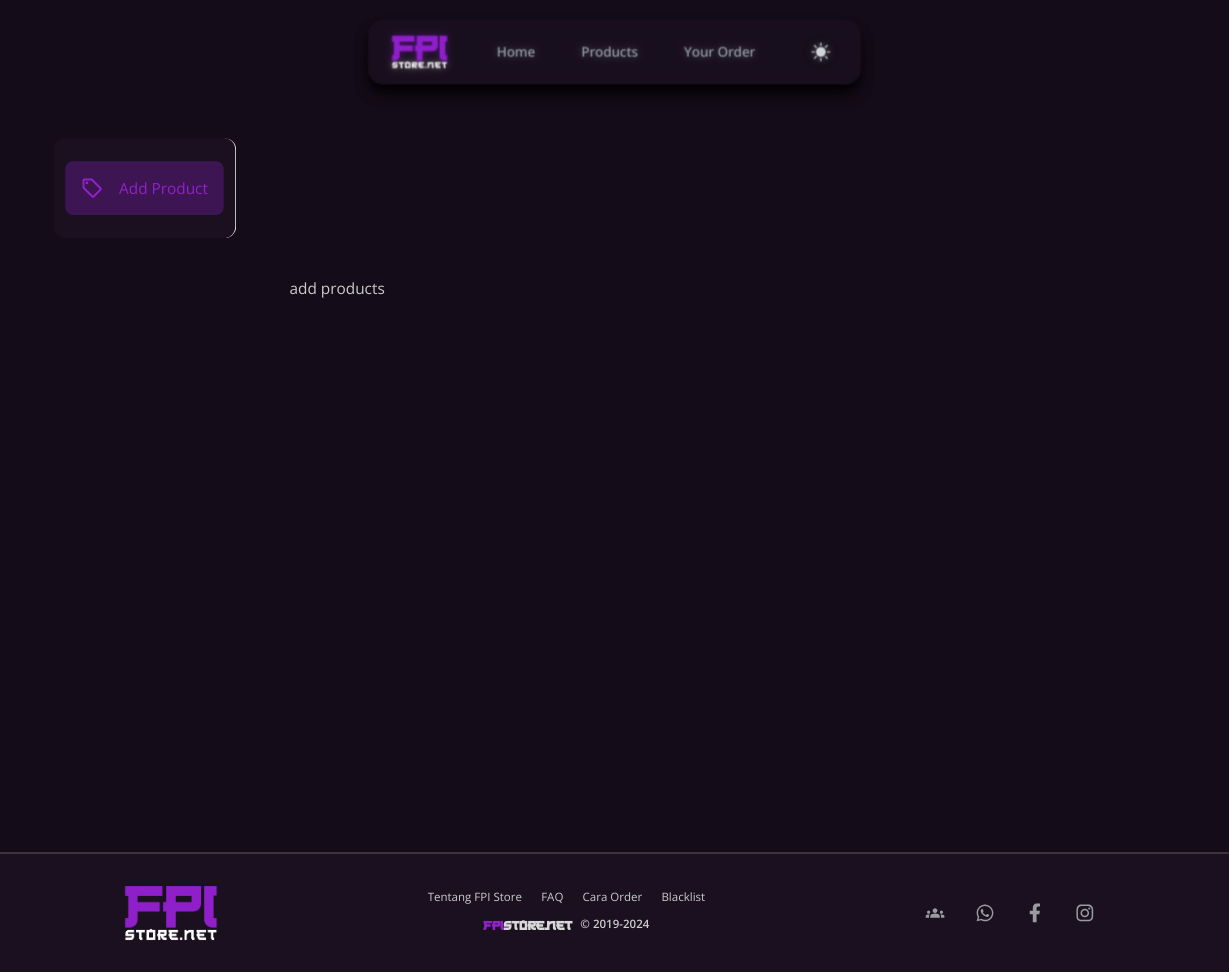
Repository: rezzadtyp/fpistore.net
Page: /dashboard/add-products
These files come from the project's save history. The page is drawn as it stood at one moment and after the next save; the edit follows.
The browser window is 1280 px wide. The pictures show the whole page, at 96% of full size.
The project was rebuilt for these pictures with package versions that can differ from the ones it lists, and the page was loaded fresh each time. The framework's server and built-in components were replaced by stand-ins that run in the browser. Also part of the build but not shown: next.config.mjs, components/shared/Loading.tsx.

Above is the page before, as saved 2024-08-14 16:39:00.

### app/layout.tsx
import type { Metadata } from "next"
import "../styles/globals.css"
// import GoogleAnalytics from "@bradgarropy/next-google-analytics"
// import { Analytics } from "@vercel/analytics/react"
// import { SpeedInsights } from "@vercel/speed-insights/next"
// import FacebookChat from "@/components/FacebookChat"

export const metadata: Metadata = {
    title: {
        template: "%s | FPI Store",
        default: "FPI Store | The Biggest Netflix Seller",
    },
    description: "FPI Store",
    icons: {
        icon: [
            {
                url: "/icons/fpistore.netblack.png",
                media: "(prefers-color-scheme: light)",
            },
            {
                url: "/icons/fpistore.netwhite.png",
                media: "(prefers-color-scheme: dark)",
            },
        ],
    },
    keywords:
        "netflix, premium, 4k, uhd, full garansi, netflix account, netflix premium uhd, netflix murah, netflix shared, netflix private, netflix terpercaya, murah, terpercaya, film terbaru, alamsyah.id, alamsyah, bergaransi",
}

export default function RootLayout({
    children,
}: {
    children: React.ReactNode
}) {
    return (
        <>
            {/* <GoogleAnalytics measurementId='G-Z86GVT7LTC' /> */}
            <html lang='en' className='!scroll-smooth font-roboto'>
                <body className='selection:bg-primary/70 selection:text-dark-800 dark:bg-dark-700 bg-light-100 text-dark-800 dark:text-light-400'>
                    {/* <FacebookChat /> */}
                    {children}
                    {/* <SpeedInsights />
                    <Analytics /> */}
                </body>
            </html>
        </>
    )
}

### app/(root)/layout.tsx
import Footer from "@/components/shared/Footer"
import Loading from "@/components/shared/Loading"
import Navbar from "@/components/shared/Navbar"

import React, { Suspense } from "react"

const Layout = ({ children }: { children: React.ReactNode }) => {
  return (
    <Suspense fallback={<Loading />}>
      <main className='relative font-roboto'>
        <Navbar />
        <div className='flex min-h-screen flex-1 flex-col px-6 pb-6 pt-36 max-md:pb-14 sm:px-14'>
          {children}
        </div>
        <Footer />
        {/* <div className='w-full h-2 fixed bottom-0 bg-green-500 sm:bg-yellow-500 md:bg-orange-500 lg:bg-red-500' /> */}
      </main>
    </Suspense>
  )
}

export default Layout

### app/(root)/dashboard/layout.tsx
import LeftSidebar from "@/components/shared/LeftSidebar"
import Navbar from "@/components/shared/Navbar"
import React from "react"

const Layout = ({ children }: { children: React.ReactNode }) => {
  return (
    <main className='relative '>
      <Navbar />
      <div className='flex'>
        <LeftSidebar />
        <section className='flex min-h-screen flex-1 flex-col px-6 pb-6 pt-36 max-md:pb-14 sm:px-14'>
          <div className='mx-auto w-full max-w-5xl'>{children}</div>
        </section>
      </div>
    </main>
  )
}

export default Layout

### app/(root)/dashboard/add-products/page.tsx
import React from "react"

const page = () => {
  return <div>add products</div>
}

export default page

### styles/globals.css
@import url("https://fonts.googleapis.com/css2?family=Open+Sans:ital,wght@0,300;0,400;0,500;0,600;1,300;1,400;1,500;1,600&family=Sarabun:ital,wght@0,300;0,400;1,300;1,400&display=swap");

@tailwind base;
@tailwind components;
@tailwind utilities;

@font-face {
    font-family: "FPIFont";
    src: url("/fonts/Japanese3017.otf") format("woff2");
}

body {
    font-family: "Open Sans", "sans-serif";
    @apply duration-700;
}
.animate-spin-slow {
    animation: spin 5s linear infinite;
}

@keyframes spin {
    from {
        transform: rotate(0deg);
    }
    to {
        transform: rotate(360deg);
    }
}
@keyframes scrolltop {
    0%,
    100% {
        transform: translateY(-25%);
        animation-timing-function: cubic-bezier(0.8, 0, 1, 1);
    }
    50% {
        transform: none;
        animation-timing-function: cubic-bezier(0, 0, 0.2, 1);
    }
}
.animate-scrolltop {
    animation: scrolltop 2s infinite;
}
/* width */
::-webkit-scrollbar {
    @apply h-1.5 w-0;
}

/* Handle */
::-webkit-scrollbar-thumb {
    @apply bg-gray-600 rounded-full absolute right-0 z-50;
}
/* Handle on hover */
._custom-scrollbar::-webkit-scrollbar-thumb:hover {
    @apply bg-primary;
}
._custom-scrollbar-shopee::-webkit-scrollbar-thumb:hover {
    @apply bg-shopee;
}
._custom-scrollbar::-webkit-scrollbar {
    @apply w-2 h-0 bg-transparent;
}
._custom-scrollbar-shopee::-webkit-scrollbar {
    @apply w-2 h-0 bg-transparent;
}
._product-scrollbar::-webkit-scrollbar {
    @apply w-0 h-2;
}
.__stroke {
    color: transparent;
    -webkit-text-stroke: 1px #9121ca;
    text-stroke: 1px #9121ca;
}

@keyframes rightleft {
    0%,
    100% {
        transform: translateX(50%);
        animation-timing-function: cubic-bezier(0.8, 0, 1, 1);
    }
    50% {
        transform: none;
        animation-timing-function: cubic-bezier(0, 0, 0.2, 1);
    }
}
.animate-rightleft {
    animation: rightleft 1.5s infinite;
}

.backdrop-brightness-10 {
    --tw-backdrop-brightness: brightness(0.1);
    backdrop-filter: var(--tw-backdrop-blur) var(--tw-backdrop-brightness)
        var(--tw-backdrop-contrast) var(--tw-backdrop-grayscale)
        var(--tw-backdrop-hue-rotate) var(--tw-backdrop-invert)
        var(--tw-backdrop-opacity) var(--tw-backdrop-saturate)
        var(--tw-backdrop-sepia);
}

### components/shared/Footer.tsx
import { contactsButton, menuFooter } from "@/constant"
import Image from "next/image"
import Link from "next/link"
import React from "react"

const Footer = () => {
    return (
        <footer className='flex justify-center items-center w-full px-10 lg:px-32 border-t-[1px] border-black/30 dark:border-white/30 bg-gray-100 dark:bg-dark-600 drop-shadow-md'>
            <div className='flex w-full justify-between items-center flex-col md:flex-row lg:flex-row gap-2 py-3'>
                <div className='flex flex-col lg:flex-row w-full h-full items-center justify-center lg:justify-between '>
                    <Link
                        href='/'
                        className='flex items-center h-full justify-start'
                    >
                        <Image
                            width={100}
                            height={100}
                            src='/icons/fpistore.netwhite.png'
                            alt='Footer Picture'
                            className='hidden dark:block duration-700 h-full'
                        />
                        <Image
                            width={100}
                            height={100}
                            src='/icons/fpistore.netblack.png'
                            alt='Footer Picture'
                            className='dark:hidden duration-700 h-full'
                        />
                    </Link>
                    <div className='gap-3 flex flex-col justify-center items-center text-center h-full'>
                        <div className='flex gap-5 justify-start'>
                            {menuFooter.map((cont) => (
                                <Link
                                    href={"#in-maintenance"}
                                    className='text-xs'
                                    key={cont.url}
                                    target='_blank'
                                >
                                    {cont.title}
                                </Link>
                            ))}
                        </div>
                        <p className='text-xs flex font-bold'>
                            <div className='flex font-fpifont items-end text-primary text-sm h-full mr-2'>
                                fpi{" "}
                                <span className='font-fpifont text-dark-500 dark:text-light-300'>
                                    store.net
                                </span>
                            </div>
                            &copy; 2019-2024
                        </p>
                    </div>
                    <div className='flex flex-col '>
                        <div className='flex gap-2 justify-end'>
                            {contactsButton.map((cont) => (
                                <Link
                                    href={cont.url}
                                    className='p-3 opacity-70 hover:bg-primary/20 dark:hover:bg-primary/20 rounded-md group'
                                    key={cont.url}
                                    target='_blank'
                                >
                                    {cont.icon}
                                </Link>
                            ))}
                        </div>
                    </div>
                </div>
            </div>
        </footer>
    )
}

export default Footer

### components/shared/LeftSidebar.tsx
"use client"

import Link from "next/link"
import { Button } from "@/components/ui/button"
import { BsPersonPlus, BsPerson } from "react-icons/bs"
import { MdOutlineSell } from "react-icons/md"

const LeftSidebar = () => {
  return (
    <section className='custom-scrollbar py-6 bg-light-200 dark:bg-dark-600 light-border rounded-xl sticky h-fit left-0 top-0 flex w-fit flex-col justify-between  overflow-y-auto border-r p-3 shadow-black/20 shadow-xl dark:shadow-none max-sm:hidden lg:w-fit'>
      <div className='flex flex-1 flex-col gap-6 '>
        {/* masih static */}
        <button
          onClick={() => (window.location.href = "/dashboard/add-product")}
          className='dark:text-light-900 rounded-lg bg-primary/30 text-primary text-light-900 flex items-center justify-start gap-4 p-4'
        >
          <MdOutlineSell className='text-2xl' />
          <p className={`base-medium max-lg:hidden`}>Add Product</p>
        </button>
      </div>
    </section>
  )
}

export default LeftSidebar

### components/shared/MobileNav.tsx
import { SheetClose } from "@/components/ui/sheet"
import { contactsButton, navButtons } from "@/constant"
import Link from "next/link"
import { usePathname } from "next/navigation"
import { AiOutlineMenu } from "react-icons/ai"
import { Roboto } from "next/font/google"
import { Drawer, DrawerContent, DrawerTrigger } from "@/components/ui/drawer"

const roboto = Roboto({
    weight: ["900"],
    style: ["normal"],
    subsets: ["latin"],
})

const MobileNav = () => {
    const path = usePathname()
    return (
        <Drawer>
            <DrawerTrigger className='hidden max-md:flex dark:hover:bg-white/10 hover:bg-black/5 rounded-full p-2'>
                <AiOutlineMenu className='duration-500 text-dark-800 dark:text-gray-300' />
            </DrawerTrigger>
            <DrawerContent className='bg-gray-200 dark:bg-dark-600 border-none px-5 pb-5 gap-10'>
                <div className='gap-5 flex flex-col justify-start items-start'>
                    {navButtons.map((nav, i) => (
                        <Link
                            href={nav.url}
                            key={i}
                            className={`dark:text-gray-400 flex-col-reverse py-[3px] px-[10px] rounded-full md:text-sm font-medium group duration-200 w-fit ${
                                path === nav.url
                                    ? "font-black transition-transform duration-700 "
                                    : ""
                            }${
                                path === nav.url
                                    ? " dark:text-primary text-primary bg-primary/20"
                                    : " hover:dark:text-primary hover:text-primary hover:bg-primary/20"
                            }`}
                        >
                            {nav.title}
                        </Link>
                    ))}
                </div>
                <div className='flex flex-col justify-end items-end'>
                    <p className='font-mono text-xs tracking-widest'>
                        Indonesian Biggest Netflix Seller
                    </p>
                    <span className='font-fpifont __stroke text-6xl'>
                        FPISTORE
                    </span>
                </div>
            </DrawerContent>
        </Drawer>

        // @ts-ignore
        // <Sheet className='transition-transform duration-500 '>
        //     <SheetTrigger className='hidden max-md:flex dark:bg-white/10 bg-black/5 rounded-full p-2'>
        //         <AiOutlineMenu className='duration-500 text-dark-800 dark:text-gray-300' />
        //     </SheetTrigger>
        //     <SheetContent
        //         side='top'
        //         className='border-none text-red-500 backdrop-blur-lg bg-white dark:bg-dark-800/50 shadow-lg shadow-black/50'
        //     >
        //         <Link
        //             href='/'
        //             className='flex items-center justify-center gap-1 border-b-[1px] border-dark-500/50 dark:border-gray-500/50 py-2'
        //         >
        //             <Image
        //                 width={60}
        //                 height={60}
        //                 src='/icons/fpistore.netwhite.png'
        //                 alt='Footer Picture'
        //                 className='hidden dark:block duration-700'
        //             />
        //             <Image
        //                 width={60}
        //                 height={60}
        //                 src='/icons/fpistore.netblack.png'
        //                 alt='Footer Picture'
        //                 className='dark:hidden duration-700'
        //             />
        //         </Link>
        //         <div className='text-dark-800 dark:text-gray-300'>
        //             <NavContent />
        //         </div>
        //     </SheetContent>
        // </Sheet>
    )
}

export default MobileNav

### components/ui/drawer.tsx
"use client"

import * as React from "react"
import { Drawer as DrawerPrimitive } from "vaul"

import { cn } from "@/lib/utils"

const Drawer = ({
  shouldScaleBackground = true,
  ...props
}: React.ComponentProps<typeof DrawerPrimitive.Root>) => (
  <DrawerPrimitive.Root
    shouldScaleBackground={shouldScaleBackground}
    {...props}
  />
)
Drawer.displayName = "Drawer"

const DrawerTrigger = DrawerPrimitive.Trigger

const DrawerPortal = DrawerPrimitive.Portal

const DrawerClose = DrawerPrimitive.Close

const DrawerOverlay = React.forwardRef<
  React.ElementRef<typeof DrawerPrimitive.Overlay>,
  React.ComponentPropsWithoutRef<typeof DrawerPrimitive.Overlay>
>(({ className, ...props }, ref) => (
  <DrawerPrimitive.Overlay
    ref={ref}
    className={cn("fixed inset-0 z-50 bg-black/80", className)}
    {...props}
  />
))
DrawerOverlay.displayName = DrawerPrimitive.Overlay.displayName

const DrawerContent = React.forwardRef<
  React.ElementRef<typeof DrawerPrimitive.Content>,
  React.ComponentPropsWithoutRef<typeof DrawerPrimitive.Content>
>(({ className, children, ...props }, ref) => (
  <DrawerPortal>
    <DrawerOverlay />
    <DrawerPrimitive.Content
      ref={ref}
      className={cn(
        "fixed inset-x-0 bottom-0 z-50 mt-24 flex h-auto flex-col rounded-t-[10px] border bg-background",
        className
      )}
      {...props}
    >
      <div className="mx-auto mt-4 h-2 w-[100px] rounded-full bg-muted" />
      {children}
    </DrawerPrimitive.Content>
  </DrawerPortal>
))
DrawerContent.displayName = "DrawerContent"

const DrawerHeader = ({
  className,
  ...props
}: React.HTMLAttributes<HTMLDivElement>) => (
  <div
    className={cn("grid gap-1.5 p-4 text-center sm:text-left", className)}
    {...props}
  />
)
DrawerHeader.displayName = "DrawerHeader"

const DrawerFooter = ({
  className,
  ...props
}: React.HTMLAttributes<HTMLDivElement>) => (
  <div
    className={cn("mt-auto flex flex-col gap-2 p-4", className)}
    {...props}
  />
)
DrawerFooter.displayName = "DrawerFooter"

const DrawerTitle = React.forwardRef<
  React.ElementRef<typeof DrawerPrimitive.Title>,
  React.ComponentPropsWithoutRef<typeof DrawerPrimitive.Title>
>(({ className, ...props }, ref) => (
  <DrawerPrimitive.Title
    ref={ref}
    className={cn(
      "text-lg font-semibold leading-none tracking-tight",
      className
    )}
    {...props}
  />
))
DrawerTitle.displayName = DrawerPrimitive.Title.displayName

const DrawerDescription = React.forwardRef<
  React.ElementRef<typeof DrawerPrimitive.Description>,
  React.ComponentPropsWithoutRef<typeof DrawerPrimitive.Description>
>(({ className, ...props }, ref) => (
  <DrawerPrimitive.Description
    ref={ref}
    className={cn("text-sm text-muted-foreground", className)}
    {...props}
  />
))
DrawerDescription.displayName = DrawerPrimitive.Description.displayName

export {
  Drawer,
  DrawerPortal,
  DrawerOverlay,
  DrawerTrigger,
  DrawerClose,
  DrawerContent,
  DrawerHeader,
  DrawerFooter,
  DrawerTitle,
  DrawerDescription,
}

### tailwind.config.ts
const defaultTheme = require("tailwindcss/defaultTheme")
const colors = require("tailwindcss/colors")
const {
    default: flattenColorPalette,
} = require("tailwindcss/lib/util/flattenColorPalette")

import type { Config } from "tailwindcss"

const config: Config = {
    darkMode: ["class"],
    content: [
        "./pages/**/*.{js,ts,jsx,tsx,mdx}",
        "./components/**/*.{js,ts,jsx,tsx,mdx}",
        "./app/**/*.{js,ts,jsx,tsx,mdx}",
    ],
    theme: {
        screens: {
            sm: "640px",
            // => @media (min-width: 640px) { ... }

            md: "768px",
            // => @media (min-width: 768px) { ... }

            lg: "1024px",
            // => @media (min-width: 1024px) { ... }

            xl: "1280px",
            // => @media (min-width: 1280px) { ... }

            "2xl": "1536px",
            // => @media (min-width: 1536px) { ... }
        },
        extend: {
            animation: {
                scroll: "scroll var(--animation-duration, 40s) var(--animation-direction, forwards) linear infinite",
            },
            colors: {
                dark: {
                    100: "#342739",
                    200: "#2F2334",
                    300: "#2B1E31",
                    400: "#241929",
                    500: "#201625",
                    600: "#1A1020",
                    700: "#150C19",
                    800: "#110A14",
                },
                shopees: {
                    100: "#342739",
                    200: "#2F2334",
                    300: "#2B1E31",
                    400: "#291E19",
                    500: "#261D17",
                    600: "#211611",
                    700: "#1A110C",
                    800: "#140E0A",
                },
                light: {
                    100: "#ECECEC",
                    200: "#E4E4E4",
                    300: "#D8D8D8",
                    400: "#CCCCCC",
                    500: "#BFBFBF",
                    600: "#B5B5B5",
                    700: "#A9A9A9",
                    800: "#9B9B9B",
                },
                primary: "#9121CA",
                shared: "#d946ef",
                private: "#9121CA",
                reseller: "#22d3ee",
                shopee: "#ee4d2d",
            },
            keyframes: {
                scroll: {
                    to: {
                        transform: "translate(calc(-50% - 0.5rem))",
                    },
                },
            },
            fontFamily: {
                fpifont: "'FPIFont', sans-serif",
                roboto: ["var(--font-roboto)"],
            },
            // backgroundImage: {
            //     netflixMedium:
            //         "url('https://assets.nflxext.com/ffe/siteui/vlv3/32c47234-8398-4a4f-a6b5-6803881d38bf/503ebb79-320a-49ae-ab11-ac47b76db697/ID-en-20240122-popsignuptwoweeks-perspective_alpha_website_medium.jpg')",
            //     netflixLarge:
            //         "url('https://assets.nflxext.com/ffe/siteui/vlv3/32c47234-8398-4a4f-a6b5-6803881d38bf/503ebb79-320a-49ae-ab11-ac47b76db697/ID-en-20240122-popsignuptwoweeks-perspective_alpha_website_large.jpg')",
            // },
        },
    },
    plugins: [addVariablesForColors],
}
function addVariablesForColors({ addBase, theme }: any) {
    let allColors = flattenColorPalette(theme("colors"))
    let newVars = Object.fromEntries(
        Object.entries(allColors).map(([key, val]) => [`--${key}`, val])
    )

    addBase({
        ":root": newVars,
    })
}

export default config

Loaded but not shown: lib/utils.ts (common file); constant/index.tsx (428 lines, source omitted); components/shared/Navbar.tsx (139 lines, source omitted)

After the next save:
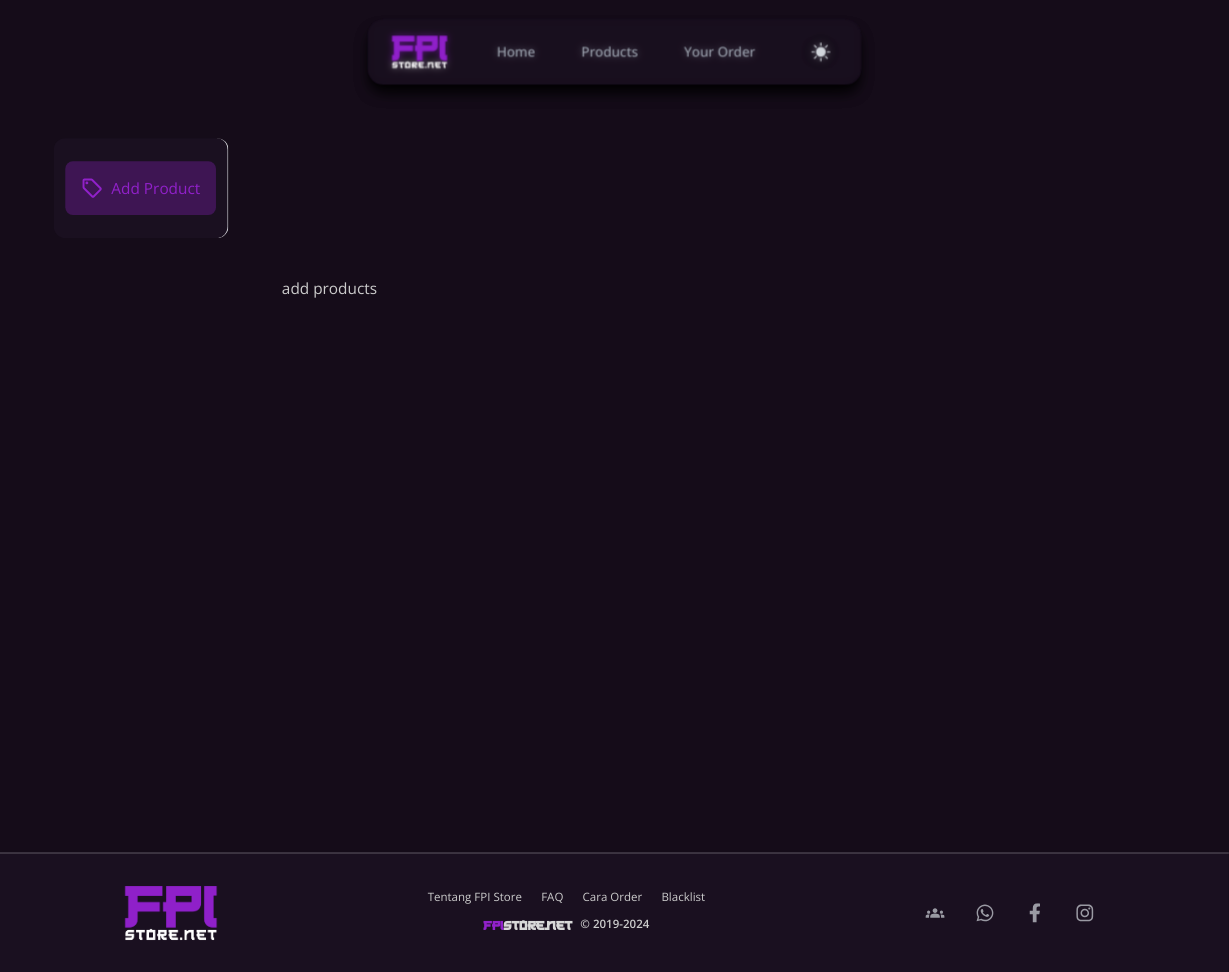
Saved 9 s later.
--- a/components/shared/LeftSidebar.tsx
+++ b/components/shared/LeftSidebar.tsx
@@ -12,7 +12,7 @@ const LeftSidebar = () => {
         {/* masih static */}
         <button
           onClick={() => (window.location.href = "/dashboard/add-product")}
-          className='dark:text-light-900 rounded-lg bg-primary/30 text-primary text-light-900 flex items-center justify-start gap-4 p-4'
+          className='dark:text-light-900 rounded-lg bg-primary/30 text-primary text-light-900 flex items-center justify-start gap-2 p-4'
         >
           <MdOutlineSell className='text-2xl' />
           <p className={`base-medium max-lg:hidden`}>Add Product</p>
